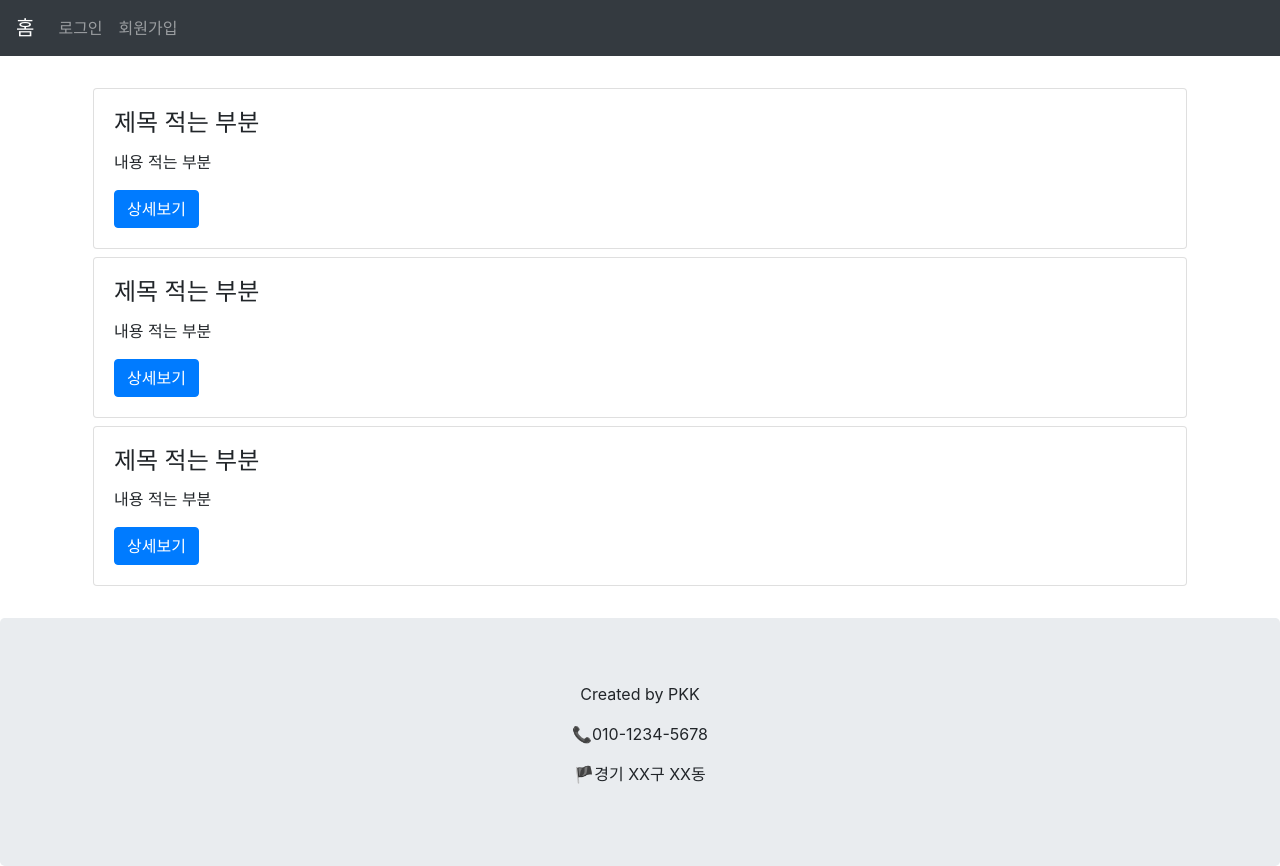
Repository: GGkyu/Springboot-JPA-Blog
Page: http://localhost/blog/WEB-INF/views/index.jsp
An editor plug-in stored every save of this project. The page is shown before and after the next save, followed by the edit.
The browser window is 1280 px wide. The pictures show the whole page.
The page is served by Tomcat 9. Nobody is signed in. Other server files are loaded and not shown. The template is opened directly, without the code that normally fills it, so the values that code supplies are empty.

Above is the page before, as saved 2021-07-23 02:38:23.

### blog/src/main/webapp/WEB-INF/views/index.jsp
<%@ page language="java" contentType="text/html; charset=UTF-8" pageEncoding="UTF-8"%>

<%@ include file="layout/header.jsp"%>

<div class="container">
	<div class="card m-2">
		<div class="card-body">
			<h4 class="card-title">제목 적는 부분</h4>
			<p class="card-text">내용 적는 부분</p>
			<a href="#" class="btn btn-primary">상세보기</a>
		</div>
	</div>
</div>

<div class="container">
	<div class="card m-2">
		<div class="card-body">
			<h4 class="card-title">제목 적는 부분</h4>
			<p class="card-text">내용 적는 부분</p>
			<a href="#" class="btn btn-primary">상세보기</a>
		</div>
	</div>
</div>

<div class="container">
	<div class="card m-2">
		<div class="card-body">
			<h4 class="card-title">제목 적는 부분</h4>
			<p class="card-text">내용 적는 부분</p>
			<a href="#" class="btn btn-primary">상세보기</a>
		</div>
	</div>
</div>

<%@ include file="layout/footer.jsp"%>

### blog/src/main/webapp/WEB-INF/views/layout/header.jsp
<%@ page language="java" contentType="text/html; charset=UTF-8" pageEncoding="UTF-8"%>
<!DOCTYPE html>
<html lang="en">
<head>
<title>Bootstrap Example</title>
<meta charset="utf-8">
<meta name="viewport" content="width=device-width, initial-scale=1">
<link rel="stylesheet" href="https://maxcdn.bootstrapcdn.com/bootstrap/4.5.2/css/bootstrap.min.css">
</head>
<body>

	<nav class="navbar navbar-expand-md bg-dark navbar-dark">
		<a class="navbar-brand" href="/blog">홈</a>
		<button class="navbar-toggler" type="button" data-toggle="collapse" data-target="#collapsibleNavbar">
			<span class="navbar-toggler-icon"></span>
		</button>
		<div class="collapse navbar-collapse" id="collapsibleNavbar">
			<ul class="navbar-nav">
				<li class="nav-item"><a class="nav-link" href="/blog/user/loginForm">로그인</a></li>
				<li class="nav-item"><a class="nav-link" href="/blog/user/joinForm">회원가입</a></li>
			</ul>
		</div>
	</nav>
	<br />

### blog/src/main/webapp/WEB-INF/views/layout/footer.jsp
<%@ page language="java" contentType="text/html; charset=UTF-8" pageEncoding="UTF-8"%>
<br />
<div class="jumbotron text-center" style="margin-bottom: 0">
	<p>Created by PKK</p>
	<p>📞010-1234-5678</p>
	<p>🏴경기 XX구 XX동</p>
</div>

<script src="https://ajax.googleapis.com/ajax/libs/jquery/3.5.1/jquery.min.js"></script>
<script src="https://cdnjs.cloudflare.com/ajax/libs/popper.js/1.16.0/umd/popper.min.js"></script>
<script src="https://maxcdn.bootstrapcdn.com/bootstrap/4.5.2/js/bootstrap.min.js"></script>
</body>
</html>

After the next save:
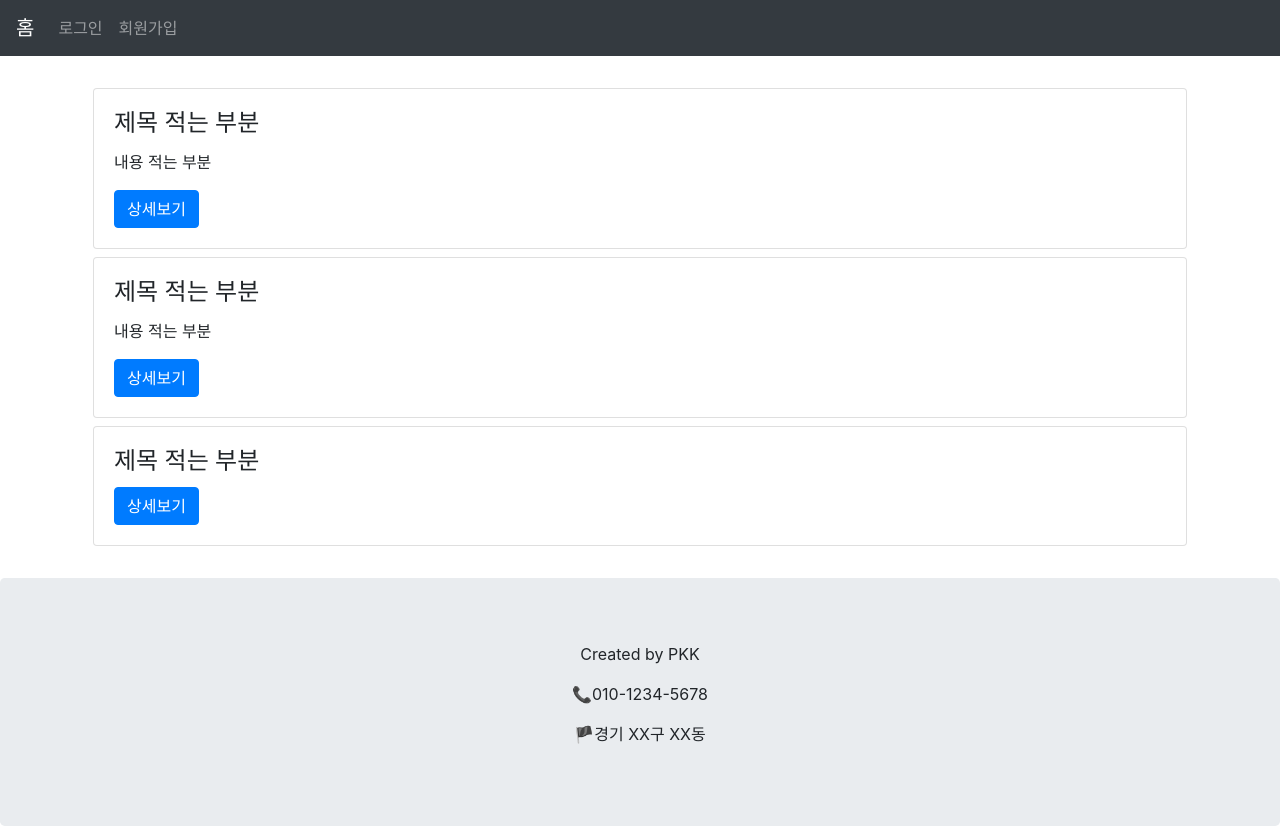
Saved 42 s later.
--- a/blog/src/main/webapp/WEB-INF/views/index.jsp
+++ b/blog/src/main/webapp/WEB-INF/views/index.jsp
@@ -26,7 +26,6 @@
 	<div class="card m-2">
 		<div class="card-body">
 			<h4 class="card-title">제목 적는 부분</h4>
-			<p class="card-text">내용 적는 부분</p>
 			<a href="#" class="btn btn-primary">상세보기</a>
 		</div>
 	</div>
